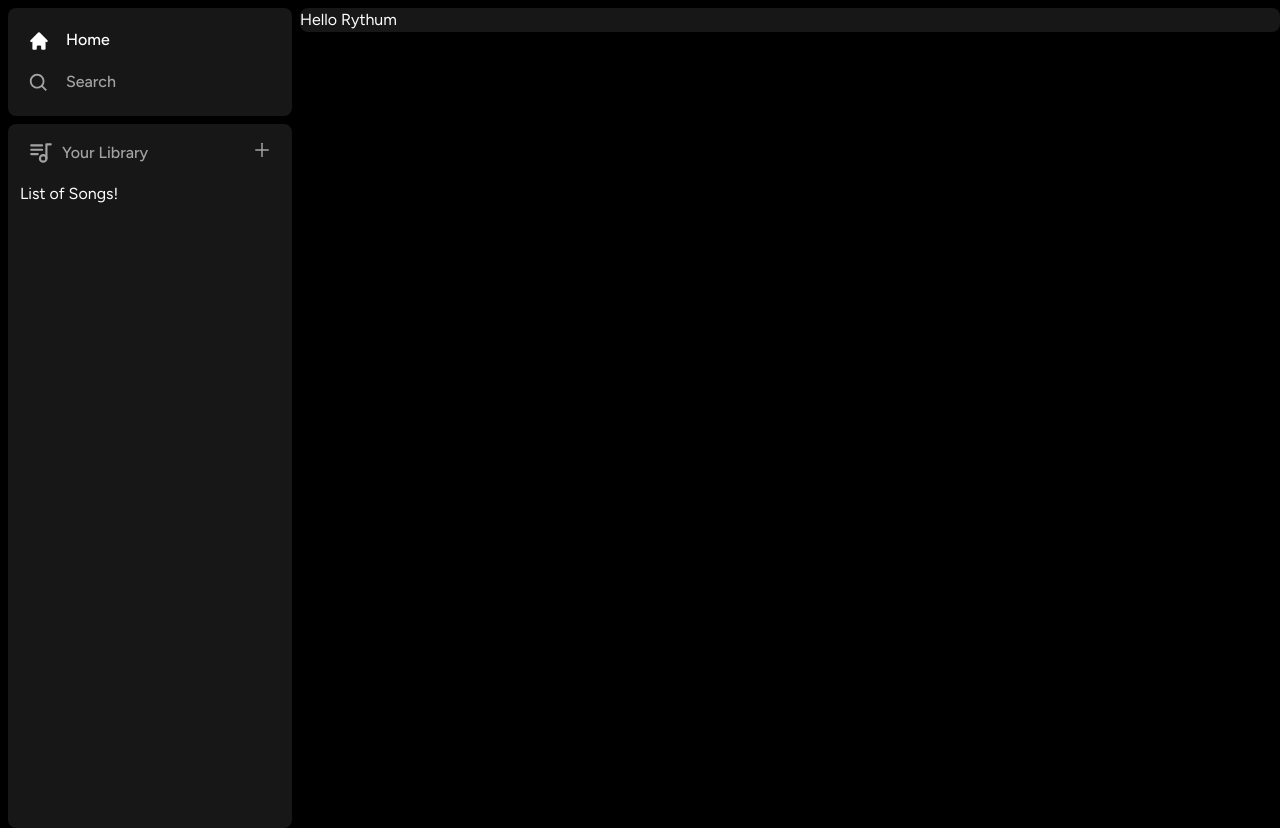
Repository: syni18/Rythum
Page: /
The author's editor kept a copy of each file at every save. The page is drawn from the files as they stood at one save, then again after the next save.
The browser window is 1280 px wide. The pictures show the whole page.
The project was rebuilt for these pictures with package versions that can differ from the ones it lists, and the page was loaded fresh each time. The framework's server and built-in components were replaced by stand-ins that run in the browser. Also part of the build but not shown: next.config.js.

Above is the page before, as saved 2023-11-11 17:01:38.

### app/layout.tsx
import type { Metadata } from 'next'
import { Figtree } from 'next/font/google'
import './globals.css'
import Sidebar from '@/components/Sidebar'

const font = Figtree({ subsets: ['latin'] })

export const metadata: Metadata = {
  title: 'Rythum',
  description: 'Listen the music',
}

export default function RootLayout({
  children,
}: {
  children: React.ReactNode
}) {
  return (
    <html lang="en">
      <body className={font.className}>
        <Sidebar>
          {children}
        </Sidebar>
      </body>
    </html>
  )
}

### app/(site)/page.tsx

export default function Home() {
  return (
    <div className="bg-neutral-900
    rounded-lg">Hello Rythum</div>
  )
}

### app/globals.css
@tailwind base;
@tailwind components;
@tailwind utilities;

html,body, :root{
  height: 100%;
  background: #000;
  color-scheme: dark;
}

### components/Sidebar.tsx
"use client";

import {HiHome} from 'react-icons/hi';
import {BiSearch} from 'react-icons/bi';

import { usePathname } from "next/navigation";
import { useMemo } from "react";
import Box from './Box';
import SidebarItem from './SidebarItem';
import Library from "./Library";

interface SidebarProps {
    children:React.ReactNode;
}

const Sidebar: React.FC<SidebarProps> = ({
    children
})=>{
    const pathname = usePathname();
    const route = useMemo(()=>[
        {
            icon: HiHome,
            label: 'Home',
            active: pathname !== '/search',
            href: '/',
        },
        {
            icon: BiSearch,
            label: 'Search',
            active: pathname === '/search',
            href: '/search',
        }

    ],[pathname]);
    return (
        <div className="flex h-full">
            <div className="md-flex flex-col gap-y-2 bg-black h-full w-[300px] p-2">
                <Box className='flex flex-col gap-y-2 px-5 py-4'>
                    {route.map((item) => (
                        <SidebarItem key={item.label} {...item}/>
                    ))}
                </Box>
                <Box className='overflow-y-auto mt-2 h-full'>
                    <Library/>
                </Box>
            </div>
            <main className='h-full flex-1 overflow-y-auto py-2'>
                {children}
            </main>
        </div>
    )
}

export default Sidebar;

### components/Box.tsx
import { twMerge } from "tailwind-merge";

interface BoxProps {
    children: React.ReactNode;
    className?: string;
}

const Box: React.FC<BoxProps> = ({
    children,
    className
})=> {
    return (
        <div className={twMerge(`
        bg-neutral-900
        rounded-lg
        h-fit
        w-full
        `, className)}>
            {children}
        </div>
    )
}

export default Box;

### components/SidebarItem.tsx
import Link from "next/link";
import { IconType } from "react-icons";
import {twMerge} from 'tailwind-merge';

interface SidebarItemProps {
    icon: IconType;
    label: string;
    active?: boolean;
    href: string;
}

const SidebarItem:React.FC<SidebarItemProps> =({
    icon: Icon,
    label,
    active,
    href
}) => {
    return (
        <Link href={href}
        className={twMerge(`
        flex
        flex-row
        h-auto
        item-center
        w-full
        gap-x-4
        text-md
        font-medium
        cursor-pointer
        hover:text-white
        transition
        text-neutral-400
        py-1
        `, active && "text-white")}>
            <Icon size={26}/>
            <p className="truncate w-full">{label}</p>
        </Link>
    )
}

export default SidebarItem;

### components/Library.tsx
"use client";

import { TbPlaylist } from "react-icons/tb";
import { AiOutlinePlus } from "react-icons/ai";

const Library = () => {
  const onClick = () => {
    //handle upload later
  };

  return (
    <div className="flex flex-col">
      <div className="flex item-center justify-between px-5 pt-4">
        <div className="inline-flex items-center gap-x-2">
          <TbPlaylist className="text-neutral-400" size={26} />
          <p className="text-neutral-400 font-medium text-md">Your Library</p>
        </div>
        <AiOutlinePlus
          className="cursor-pointer text-neutral-400 hover:text-white transition"
          onClick={onClick}
          size={20}
        />
      </div>
      <div className="flex flex-col gap-y-2 mt-4 px-3">List of Songs!</div>
    </div>
  );
};

export default Library;

Loaded but not shown: tailwind.config.ts (common file)

After the next save:
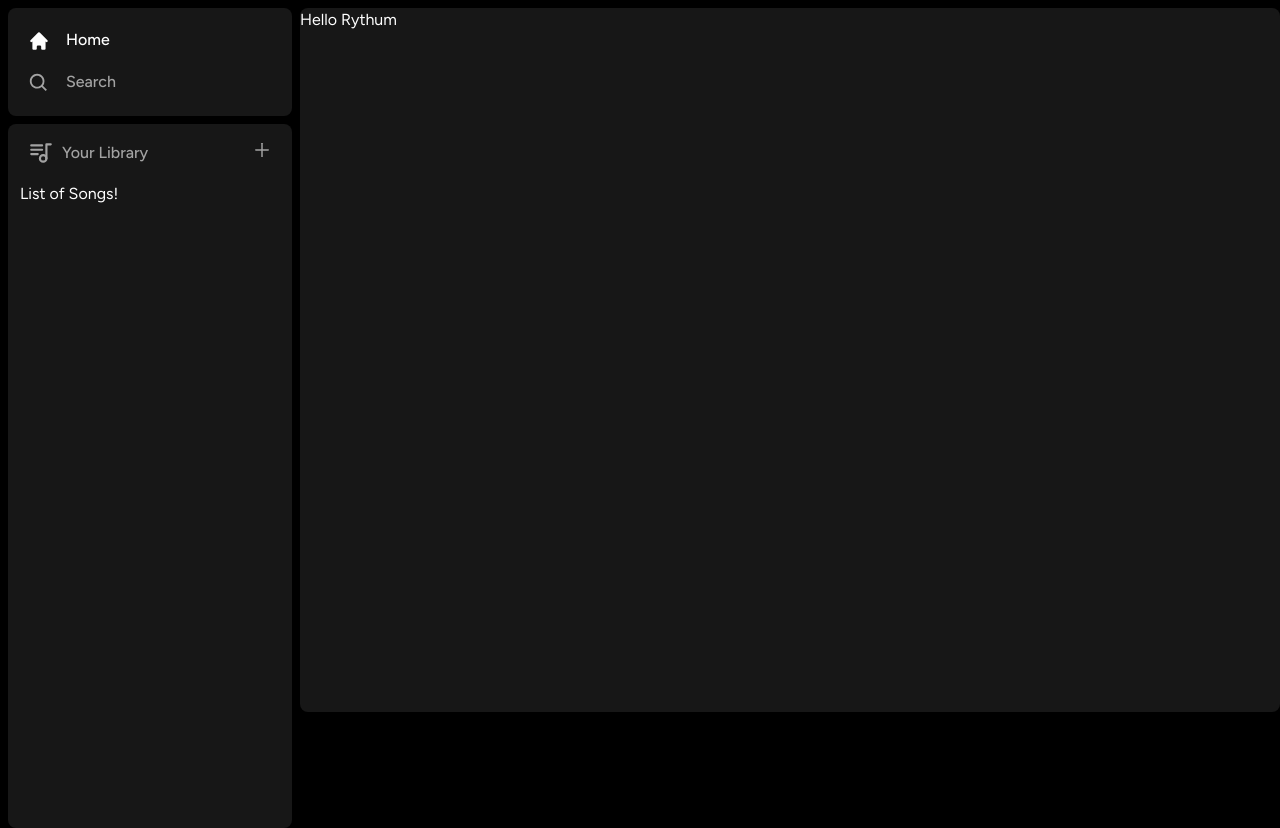
Saved 4 s later.
--- a/app/(site)/page.tsx
+++ b/app/(site)/page.tsx
@@ -2,6 +2,7 @@
 export default function Home() {
   return (
     <div className="bg-neutral-900
-    rounded-lg">Hello Rythum</div>
+    rounded-lg
+    h-full">Hello Rythum</div>
   )
 }
